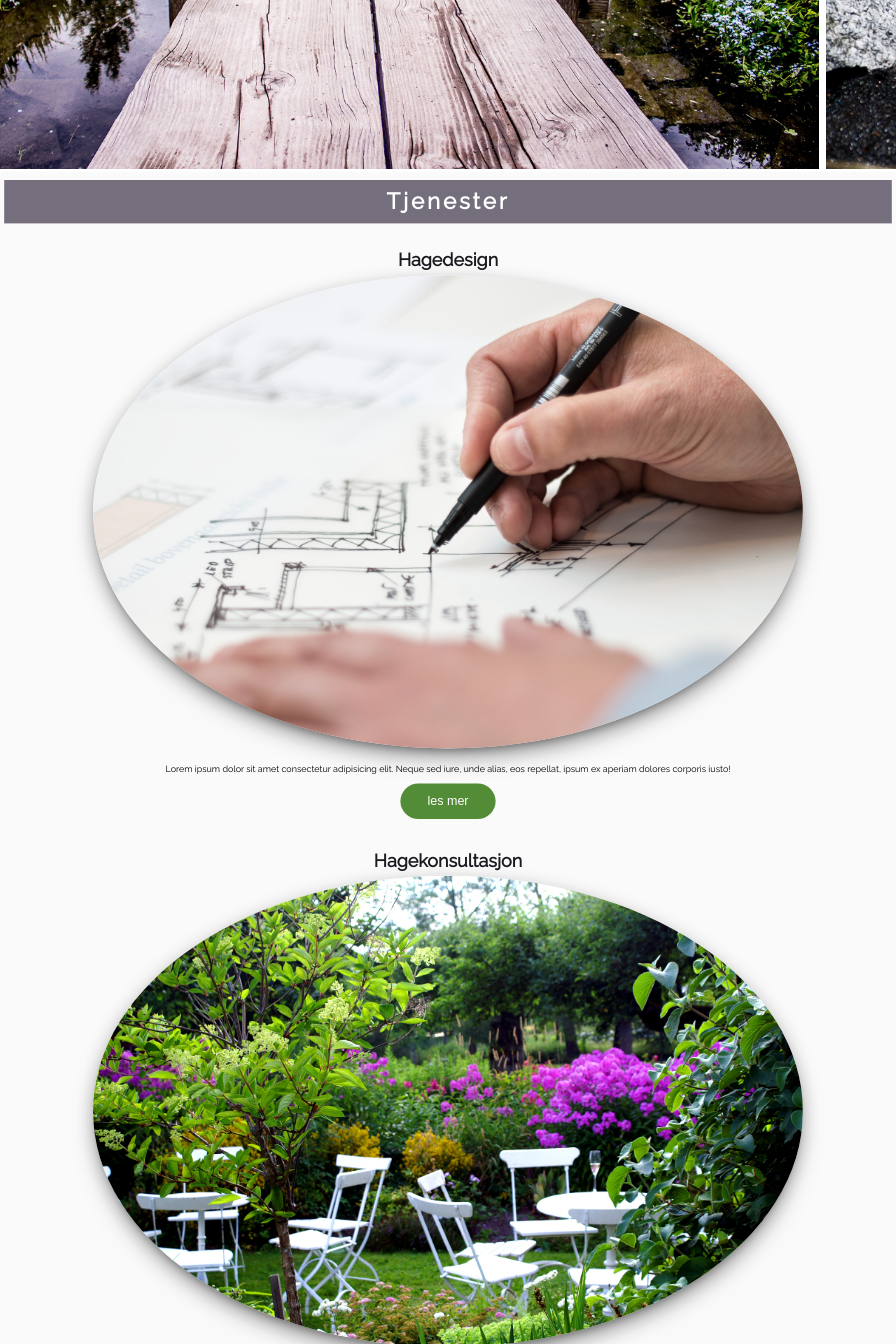
Repository: marinazzz/garden-design-website
Page: index.html
An editor plug-in stored every save of this project. The page is shown before and after the next save, followed by the edit.
The browser window is 1280 px wide. The pictures show the part of the page from y = 743 to 2663 px (the page is 3763 px tall before and 3758 px after), at 70% of full size.

Above is the page before, as saved 2020-03-31 13:31:41.

After the next save:
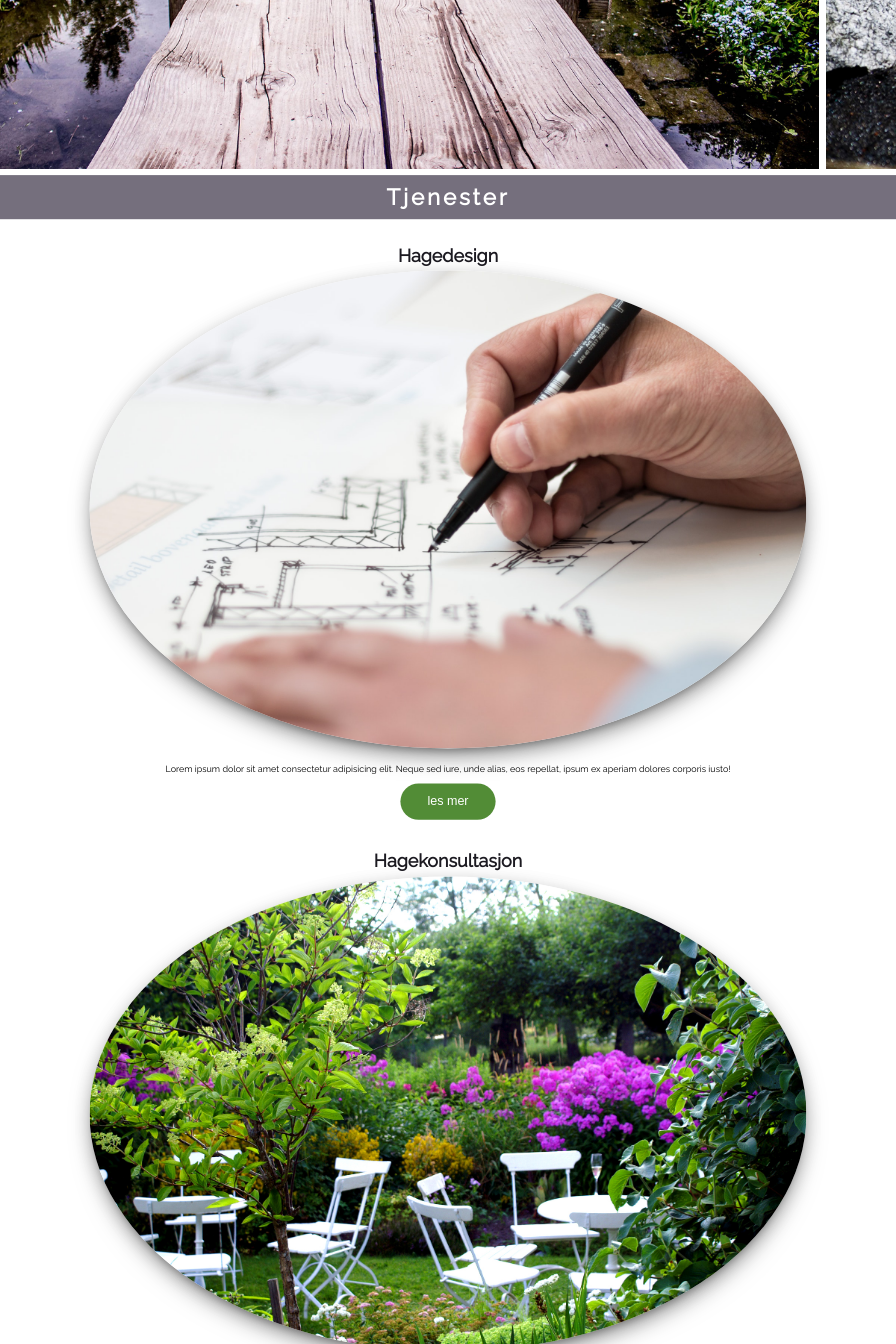
Saved 23 s later.
--- a/CSS/style.css
+++ b/CSS/style.css
@@ -242,10 +242,10 @@ body {
 }
 
 /*layout*/
-#services, #gallery, #reviews, #about {
+/*#services, #gallery, #reviews, #about {
   padding: 0.5rem;
   background: var(--section-bg);
-}
+}*/
 
 /*.services-title, .gallery-title, .about-title {
   font-size: 2.5rem;
